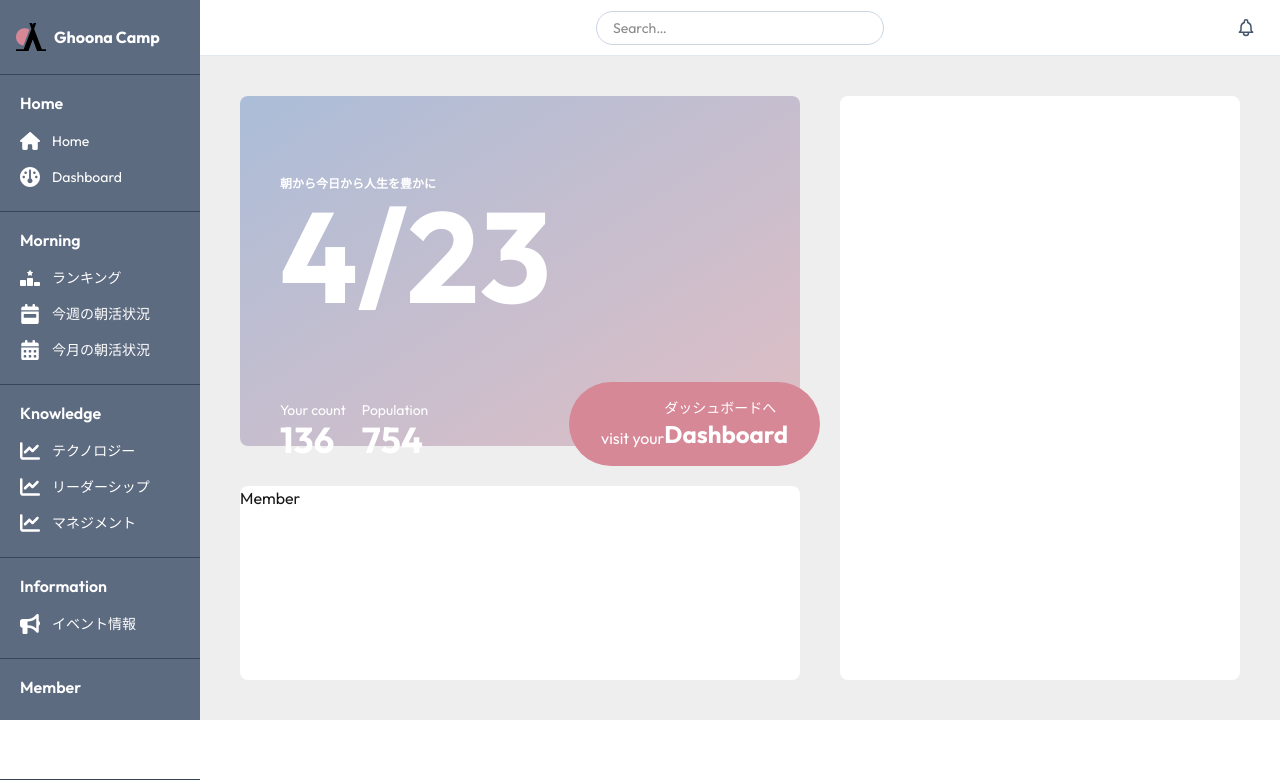
Repository: ShotaGhoona/ghoonacamp_platform
Page: /
These files come from the project's save history. The page is drawn as it stood at one moment and after the next save; the edit follows.
The browser window is 1280 px wide. The pictures show the whole page.
The page's requests for data from a server got no answer. The project was rebuilt for these pictures with package versions that can differ from the ones it lists, and the page was loaded fresh each time. The framework's server and built-in components were replaced by stand-ins that run in the browser. No one was signed in, and anything a server would have sent is missing. Also part of the build but not shown: next.config.js.

Above is the page before, as saved 2025-04-25 12:55:13.

### src/app/layout.tsx
import type { Metadata } from 'next';
import { Outfit } from 'next/font/google';
import './globals.css';
import Sidebar from '@/components/display/sidebar';
import Header from '@/components/display/header';
import { AuthProvider } from './providers';

const outfit = Outfit({ subsets: ['latin'] });

export const metadata: Metadata = {
  title: 'Ghoona Camp',
  description: 'Ghoona Camp Platform',
};

export default function RootLayout({
  children,
}: {
  children: React.ReactNode;
}) {
  return (
    <html lang="ja">
      <body className={outfit.className}>
        <AuthProvider>
          <div className="flex">
            <div className="w-[200px] transition-all duration-300">
              <Sidebar />
            </div>
            <div className="flex-1 flex flex-col min-h-screen">
              <Header />
              <main className=" bg-[#EEEEEE] flex-1 px-10 py-10">{children}</main>
            </div>
          </div>
        </AuthProvider>
      </body>
    </html>
  );
}

### src/app/page.tsx
import IndexPage from "@/features/home/home/display/index";

export default function Home() {
  return (
    <IndexPage />
  );
}

### src/components/display/sidebar.tsx
'use client';

import Link from 'next/link';
import { usePathname } from 'next/navigation';
import clsx from 'clsx';

const groups: { title: string; links: { href: string; label: string; icon: string }[] }[] = [
  {
    title: 'Home',
    links: [
      { href: '/home', label: 'Home', icon: '/svg/sidebarIcon/home.svg' },
      { href: '/home/dashboard', label: 'Dashboard', icon: '/svg/sidebarIcon/dashboard.svg' },
    ],
  },
  {
    title: 'Morning',
    links: [
      { href: '/morning/ranking', label: 'ランキング', icon: '/svg/sidebarIcon/ranking.svg' },
      { href: '/morning/weekend', label: '今週の朝活状況', icon: '/svg/sidebarIcon/week.svg' },
      { href: '/morning/month', label: '今月の朝活状況', icon: '/svg/sidebarIcon/month.svg' },
    ],
  },
  {
    title: 'Knowledge',
    links: [
      { href: '/knowledge/tech', label: 'テクノロジー', icon: '/svg/sidebarIcon/analysis.svg' },
      { href: '/knowledge/leadership', label: 'リーダーシップ', icon: '/svg/sidebarIcon/analysis.svg' },
      { href: '/knowledge/management', label: 'マネジメント', icon: '/svg/sidebarIcon/analysis.svg' },
    ],
  },
  {
    title: 'Information',
    links: [{ href: '/information/events', label: 'イベント情報', icon: '/svg/sidebarIcon/externalEvents.svg' }],
  },
  {
    title: 'Member',
    links: [{ href: '/members', label: 'GhoonaCamper一覧', icon: '/svg/sidebarIcon/analysis.svg' }],
  },
];

export default function Sidebar() {
  const pathname = usePathname();

  return (
    <aside className="w-full h-screen bg-[#5D6B80] text-white">
      <div className="flex items-center gap-2 h-[75px] px-4 border-b border-[#374559]">
        <img src="/svg/logo.svg" alt="Ghoona Camp" className="w-[30px] h-[30px]" />
        <span className="font-bold">Ghoona Camp</span>
      </div>

      <nav>
        {groups.map((g) => (
          <div key={g.title} className="border-b border-[#374559] px-[20px] py-4">
            <p className="text-base font-semibold mb-2">
              {g.title}
            </p>
            {g.links.map((l) => (
              <Link
                key={l.href}
                href={l.href}
                className={clsx(
                  'flex items-center gap-3 py-2 text-sm',
                  pathname === l.href
                    ? 'bg-primary text-white'
                    : 'hover:bg-slate-600'
                )}
              >
                <img src={l.icon} alt={l.label} className="w-[20px] h-[20px]" />
                <span>{l.label}</span>
              </Link>
            ))}
          </div>
        ))}
      </nav>
    </aside>
  );
}

### src/components/display/header.tsx
'use client';

import Image from 'next/image';
import { useSession } from 'next-auth/react';

export default function Header() {
  const { data: session } = useSession();

  return (
    <header className="flex items-center justify-between h-14 px-6 border-b border-slate-200 bg-white">
      {/* 空白をあけて中央に検索バーを置くレイアウト */}
      <div className="flex-1" />

      <div className="flex-1 flex justify-center">
        {/* ダミー検索バー */}
        <input
          type="text"
          placeholder="Search…"
          className="w-72 rounded-full border border-slate-300 px-4 py-1.5 text-sm focus:outline-primary"
        />
      </div>

      <div className="flex-1 flex justify-end items-center gap-4">
        {/* 通知ベルなど置く予定ならここ */}
        <button className="relative">
          <span className="sr-only">Notifications</span>
          <svg
            className="w-5 h-5 text-slate-600"
            fill="none"
            stroke="currentColor"
            strokeWidth={1.8}
            viewBox="0 0 24 24"
          >
            <path
              strokeLinecap="round"
              strokeLinejoin="round"
              d="M15 17h5l-1.405-1.405A2.032 2.032 0 0118 14.158V11a6.002 6.002 0 00-4-5.659V4a2 2 0 10-4 0v1.341C7.67 6.165 6 8.388 6 11v3.159c0 .538-.214 1.055-.595 1.436L4 17h5m6 0v1a3 3 0 11-6 0v-1m6 0H9"
            />
          </svg>
        </button>

        {/* ユーザー情報 */}
        {session?.user && (
          <div className="flex items-center gap-3">
            <span className="text-sm font-medium text-slate-700">
              {session.user.name}
            </span>
            <Image
              src={session.user.image || "/avatar-placeholder.png"}
              alt={session.user.name || "Avatar"}
              width={32}
              height={32}
              className="rounded-full ring-1 ring-slate-300"
            />
          </div>
        )}
      </div>
    </header>
  );
}

### src/features/home/home/display/index.tsx

// コンポーネント
import Hero from "./hero";
import Member from "./member";
export default function IndexPage() {
  return (
    <div className="flex gap-10 h-full">
      <div className="flex-1 flex flex-col gap-10 h-full rounded-lg">
        <div className="flex flex-col bg-gradient-to-br from-[#ABBDD8] to-[#DFBEC4] h-[60%] rounded-lg">
          <Hero />
        </div>
        <div className="w-full h-[40%] bg-white rounded-lg">
          <Member />
        </div>
      </div>
      <div className="w-[400px] h-full bg-white rounded-lg">

      </div>
    </div>
  );
}

### src/features/home/home/display/hero.tsx
// コンポーネント
import CornerCta from "../components/cornerCta";

export default function Hero() {
  return (
    <div className="w-full h-full p-10 flex justify-between relative">
      <div className="flex-1 text-white mt-10">
        <p className="text-xs font-bold">朝から今日から人生を豊かに</p>
        <p className="text-9xl font-bold">4/23</p>
        <div className="mt-20 flex gap-4">
          <div>
            <p className="text-sm">Your count</p>
            <p className="text-4xl font-bold">136</p>
          </div>
          <div>
            <p className="text-sm">Population</p>
            <p className="text-4xl font-bold">754</p>
          </div>
        </div>
      </div>
      <div className="absolute -bottom-5 -right-5 flex flex-col gap-4">
        <CornerCta  color="D68897"  text="Dashboard"  subText="ダッシュボードへ"/>
      </div>
    </div>
  );
}

### src/features/home/home/display/member.tsx
export default function Member() {
  return (
    <div>
      <h1>Member</h1>
    </div>
  );
}

### src/features/home/home/components/cornerCta.tsx
export default function CornerCta(
    { color, text, subText }: { color: string; text: string; subText: string }
) {
  return (
    <div
      style={{ backgroundColor: `#${color}` }}
      className="px-8 py-4 rounded-full text-white flex items-end cursor-pointer hover:opacity-90 transition-opacity"
    >
        <div><span>visit your</span></div>
        <div className="flex flex-col">
            <span className="text-sm">{subText}</span>
            <span className="text-2xl font-bold">{text}</span>
        </div>
    </div>
  );
}

Loaded but not shown: src/app/globals.css (common file); src/app/providers.tsx (common file)

After the next save:
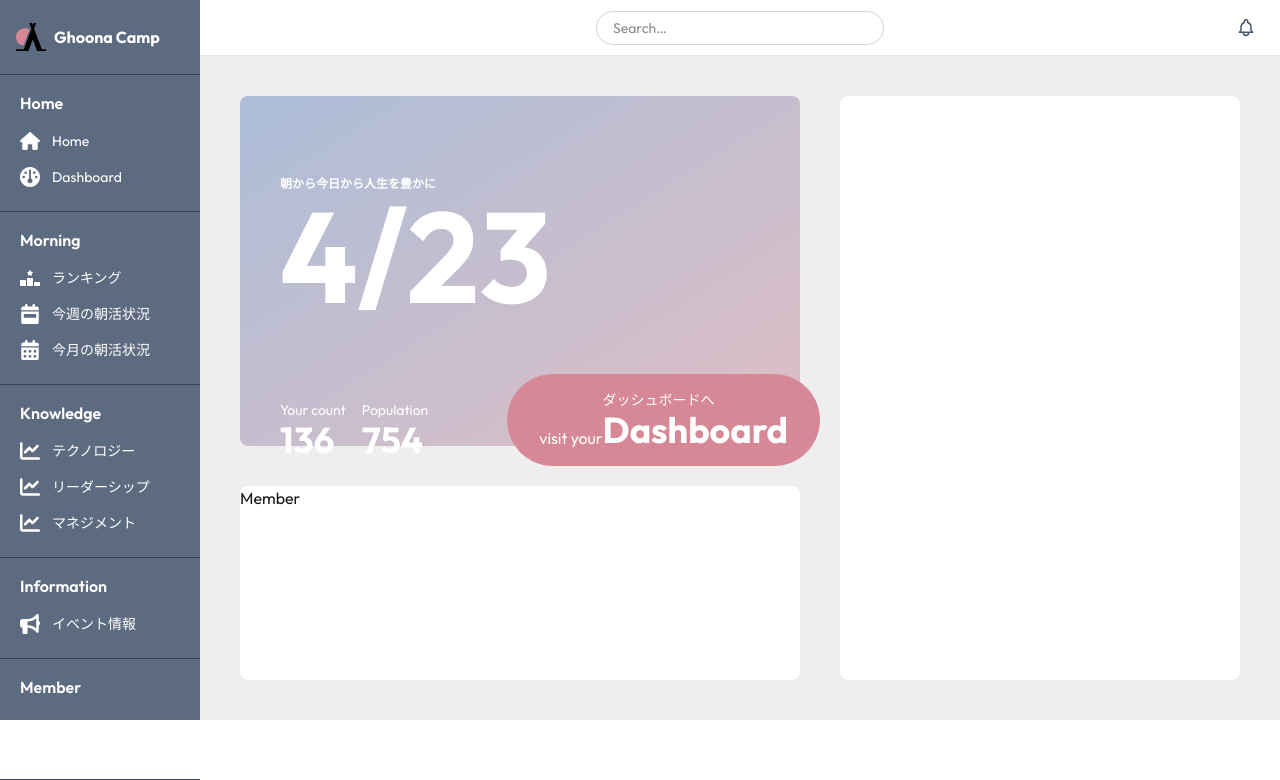
Saved 70 s later.
--- a/src/features/home/home/components/cornerCta.tsx
+++ b/src/features/home/home/components/cornerCta.tsx
@@ -9,7 +9,7 @@ export default function CornerCta(
         <div><span>visit your</span></div>
         <div className="flex flex-col">
             <span className="text-sm">{subText}</span>
-            <span className="text-2xl font-bold">{text}</span>
+            <span className="text-4xl font-bold">{text}</span>
         </div>
     </div>
   );
